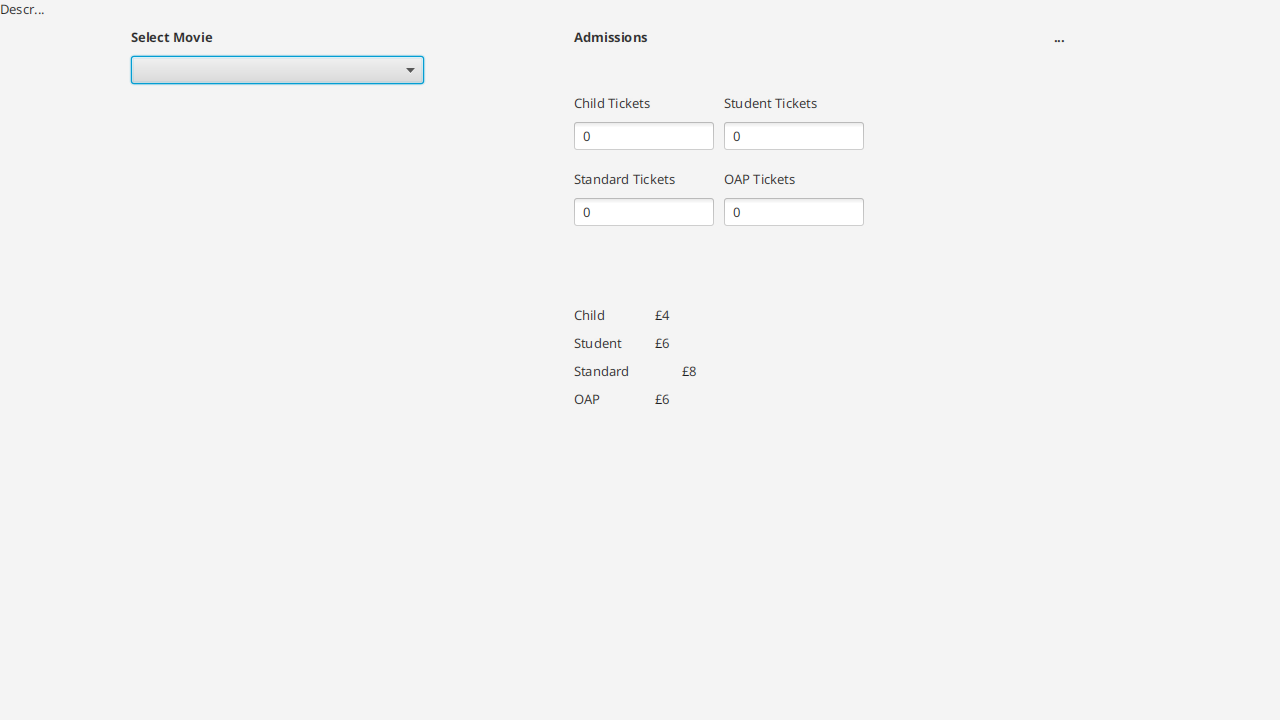
Repository: Singh94/QA-Assessment
Program's window: java QA Cinema/src/qa_cinema/Main.java
An editor plug-in stored every save of this project. The program's window is shown before and after the next save, followed by the edit.
It runs on Java 21 on a 1366 x 768 screen with JavaFX 11; the title bar is not drawn.

Above is the program's window before, as saved 2017-10-25 17:29:48.

### QA Cinema/src/qa_cinema/Main.java
package qa_cinema;

import javafx.application.Application;
import javafx.fxml.FXMLLoader;
import javafx.stage.Stage;
import qa_cinema.Tickets.AdultTicket;
import qa_cinema.Tickets.ChildTicket;
import qa_cinema.Tickets.OAPTicket;
import qa_cinema.Tickets.StudentTicket;
import qa_cinema.Tickets.Tickets;
import qa_cinema.movies.movies.Movies;
import javafx.scene.Parent;
import javafx.scene.Scene;
import javafx.scene.control.Alert;
import javafx.scene.control.Alert.AlertType;
import javafx.scene.control.Button;
import javafx.scene.control.ComboBox;
import javafx.scene.control.Label;
import javafx.scene.control.TextField;
import javafx.scene.layout.BorderPane;
import javafx.scene.layout.GridPane;
import javafx.scene.layout.HBox;
import javafx.scene.layout.StackPane;
import javafx.scene.layout.VBox;

import java.text.DateFormatSymbols;
import java.util.Calendar;


public class Main extends Application {

	protected int totalTickets;
	private static int total;
	private int totalPrice;
	private String isWed;
	private int discountFactor = 2;


	public static void main(String[] args) {
		launch(args);
	}

	@Override
	public void start(Stage primaryStage) throws Exception {
		Label lbl_selectMovie = new Label("Select Movie");
			ComboBox<Movies> cbxMovies = new ComboBox<Movies>();
			Label lbl_description = new Label("Description");
		Label lbl_tickets = new Label("Admissions");
			Label lbl_child = new Label("Child Tickets");
			Label lbl_student = new Label("Student Tickets");
			Label lbl_adult = new Label("Standard Tickets");
			Label lbl_oap = new Label("OAP Tickets");
			Label lbl_childprice = new Label("Child\t\t£4");
			Label lbl_studentprice = new Label("Student\t\t£6");
			Label lbl_adultprice = new Label("Standard\t\t£8");
			Label lbl_oapprice = new Label("OAP\t\t\t£6");
		Label lbl_extras = new Label("Extras");
		Button btn_reset = new Button("Reset");
		Button btn_purchase = new Button("Purchase");
		Label lbl_txttotal = new Label("Total Tickets");

		ChildTicket cxT = new ChildTicket(total);
		StudentTicket sxT = new StudentTicket(total);
		AdultTicket axT = new AdultTicket(total);
		OAPTicket snxT = new OAPTicket(total);

		String dayNames[] = new DateFormatSymbols().getWeekdays();
	      Calendar date2 = Calendar.getInstance();
	      isWed = (dayNames[date2.get(Calendar.DAY_OF_WEEK)]);




		lbl_selectMovie.getStyleClass().add("lbl_movies");
		GridPane.setConstraints(lbl_selectMovie, 5,  1);
			cbxMovies.getItems().setAll(Movies.values());
			cbxMovies.getSelectionModel().select(0);
			GridPane.setConstraints(cbxMovies,  5,  2);

		lbl_tickets.getStyleClass().add("lbl_tickets");
		GridPane.setConstraints(lbl_tickets, 20,  1);

		lbl_child.getStyleClass().add("lbl_child");
		GridPane.setConstraints(lbl_child, 20, 3);
			TextField txt_child = new TextField("0");
			GridPane.setConstraints(txt_child, 20, 4);

		lbl_student.getStyleClass().add("lbl_student");
		GridPane.setConstraints(lbl_student,21, 3);
			TextField txt_student = new TextField("0");
			GridPane.setConstraints(txt_student, 21, 4);

		lbl_adult.getStyleClass().add("lbl_adult");
		GridPane.setConstraints(lbl_adult, 20, 6);
			TextField txt_adult = new TextField("0");
			GridPane.setConstraints(txt_adult, 20, 7);

		lbl_oap.getStyleClass().add("lbl_oap");
		GridPane.setConstraints(lbl_oap, 21, 6);
			TextField txt_oap = new TextField("0");
			GridPane.setConstraints(txt_oap, 21, 7);

		lbl_extras.getStyleClass().add("lbl_extras");
		GridPane.setConstraints(lbl_extras, 40,  1);

		lbl_childprice.getStyleClass().add("");
		GridPane.setConstraints(lbl_childprice, 20, 15);
		lbl_studentprice.getStyleClass().add("");
		GridPane.setConstraints(lbl_studentprice, 20, 16);
		lbl_adultprice.getStyleClass().add("");
		GridPane.setConstraints(lbl_adultprice, 20, 17);
		lbl_oapprice.getStyleClass().add("");
		GridPane.setConstraints(lbl_oapprice, 20, 18);


		btn_reset.setOnAction(e -> {
			cbxMovies.getSelectionModel().select(0);
			txt_child.setText("0");
			txt_student.setText("0");
			txt_adult.setText("0");
			txt_oap.setText("0");
		});

		btn_purchase.setOnAction(e -> {
			int childTicketTotal = Integer.valueOf(txt_child.getText()); //Amount of child tickets
			int studentTicketTotal = Integer.valueOf(txt_student.getText()); //Amount of student tickets
			int adultTicketTotal = Integer.valueOf(txt_adult.getText()); //Amount of standard tickets
			int oapTicketTotal = Integer.valueOf(txt_oap.getText()); //Amount of oap tickets

			totalTickets = (Integer.valueOf(txt_child.getText()) +
					 			Integer.valueOf(txt_student.getText()) +
					 			Integer.valueOf(txt_adult.getText()) +
					 			Integer.valueOf(txt_oap.getText()));

			childTicketTotal = cxT.getCTTotal(childTicketTotal);
			studentTicketTotal = sxT.getSTTotal(studentTicketTotal);
			adultTicketTotal = axT.getATTotal(adultTicketTotal);
			oapTicketTotal = snxT.getSNTTotal(oapTicketTotal);



			if(isWed == "Wednesday") {
				totalPrice = ((childTicketTotal + studentTicketTotal + adultTicketTotal + oapTicketTotal) - (discountFactor * totalTickets));
			}
			else {
				totalPrice = (childTicketTotal + studentTicketTotal + adultTicketTotal + oapTicketTotal);
			}

			Alert alert = new Alert(AlertType.INFORMATION);
			String a = "£ " + Integer.toString(totalPrice);




			alert.setContentText(a);
			alert.setTitle("Confirmation");
			alert.setHeaderText("Total for the tickets purchased");
			alert.showAndWait();
		});



		btn_reset.getStyleClass().add("btn_reset");
		GridPane.setConstraints(btn_reset, 1, 50);

		btn_purchase.getStyleClass().add("btn_purchase");
		GridPane.setConstraints(btn_purchase, 55, 50);



		GridPane grid = new GridPane();
		grid.setHgap(10);
		grid.setVgap(10);

		grid.getStylesheets().add(getClass().getResource("application.css").toExternalForm());
		grid.getChildren().addAll(lbl_selectMovie, cbxMovies,
										lbl_description,
									lbl_tickets, lbl_child, lbl_student, lbl_adult, lbl_oap,
										txt_child, txt_student, txt_adult, txt_oap,
										lbl_childprice, lbl_studentprice, lbl_adultprice, lbl_oapprice,
									btn_reset, btn_purchase,
									lbl_extras);


		primaryStage.setTitle("QA Cinemas");
		primaryStage.setResizable(false);
		primaryStage.setScene(new Scene(grid, 1280, 720));
		primaryStage.show();
	}
}

### QA Cinema/src/qa_cinema/Tickets/Tickets.java
package qa_cinema.Tickets;

public class Tickets {

	protected int numberOfTickets;

	public Tickets(int numberOfTickets) {
		this.numberOfTickets = numberOfTickets;
	}

}

### QA Cinema/src/qa_cinema/Tickets/ChildTicket.java
package qa_cinema.Tickets;

public class ChildTicket extends Tickets {

	private int price = 4;
	int total;

	public ChildTicket(int numberOfTickets) {
		super(numberOfTickets);
		this.numberOfTickets = numberOfTickets;
	}

	public int getCTPrice() {
		return price;
	}

	public int getCTTotal(int numberOfTickets) {
		total = (price * numberOfTickets);
		return total;
	}
}

### QA Cinema/src/qa_cinema/Tickets/StudentTicket.java
package qa_cinema.Tickets;

public class StudentTicket extends Tickets {

	private int price = 6;
	int total;

	public StudentTicket(int numberOfTickets) {
		super(numberOfTickets);
		this.numberOfTickets = numberOfTickets;
	}

	public int getCTPrice() {
		return price;
	}

	public int getSTTotal(int numberOfTickets) {
		total = (price * numberOfTickets);
		return total;
	}
}

### QA Cinema/src/qa_cinema/Tickets/AdultTicket.java
package qa_cinema.Tickets;

public class AdultTicket extends Tickets {

	private int price = 4;
	int total;

	public AdultTicket(int numberOfTickets) {
		super(numberOfTickets);
		this.numberOfTickets = numberOfTickets;
	}

	public int getCTPrice() {
		return price;
	}

	public int getATTotal(int numberOfTickets) {
		total = (price * numberOfTickets);
		return total;
	}
}

### QA Cinema/src/qa_cinema/Tickets/OAPTicket.java
package qa_cinema.Tickets;

public class OAPTicket extends Tickets {

	private int price = 4;
	int total;

	public OAPTicket(int numberOfTickets) {
		super(numberOfTickets);
		this.numberOfTickets = numberOfTickets;
	}

	public int getCTPrice() {
		return price;
	}

	public int getSNTTotal(int numberOfTickets) {
		total = (price * numberOfTickets);
		return total;
	}
}

### QA Cinema/src/qa_cinema/movies/movies.java
package qa_cinema.movies;

public class movies {
	public enum Movies {
		M0(""),
		M1("Blade Runner 2049"),
		M2("Star Wars: The Last Jedi"),
		M3("IT"),
		M4("Justice League"),
		M5("Kingsman: The Golden Circle"),
		M6("Professor Marston and the Wonder Woman"),
		M7("The Dark Tower"),
		M8("Thor: Ragnarok"),
		M9("The Snowman"),
		M10("War for the Planet of the Apes");

		private String label;

		private Movies(String movie) {
			this.label = movie;
		}

		public String toString() {
			return label;
		}
	}
}

### QA Cinema/src/qa_cinema/application.css

.root {
	-fx-text-fill: black;
}

.lbl_movies {
	-fx-font-weight: bold;
}

.lbl_tickets {
	-fx-font-weight: bold;
}

.lbl_child {
}

.lbl_student {
}

.lbl_adult {
}

.lbl_oap {
}

.lbl_extras {
	-fx-font-weight: bold;
}

.lbl_total {
	-fx-font-weight: bold;
	-fx-font-size: 15;
}


.btn_reset {
	-fx-border-radius: 30;
	-fx-font-weight: bold;
	-fx-background-radius: 75;
}

.btn_reset:hover {
	-fx-text-fill: red;
}

.btn_purchase {
	-fx-border-radius: 30;
	-fx-font-weight: bold;
	-fx-background-radius: 75;
}

.btn_purchase:hover {
	-fx-text-fill: green;
}

After the next save:
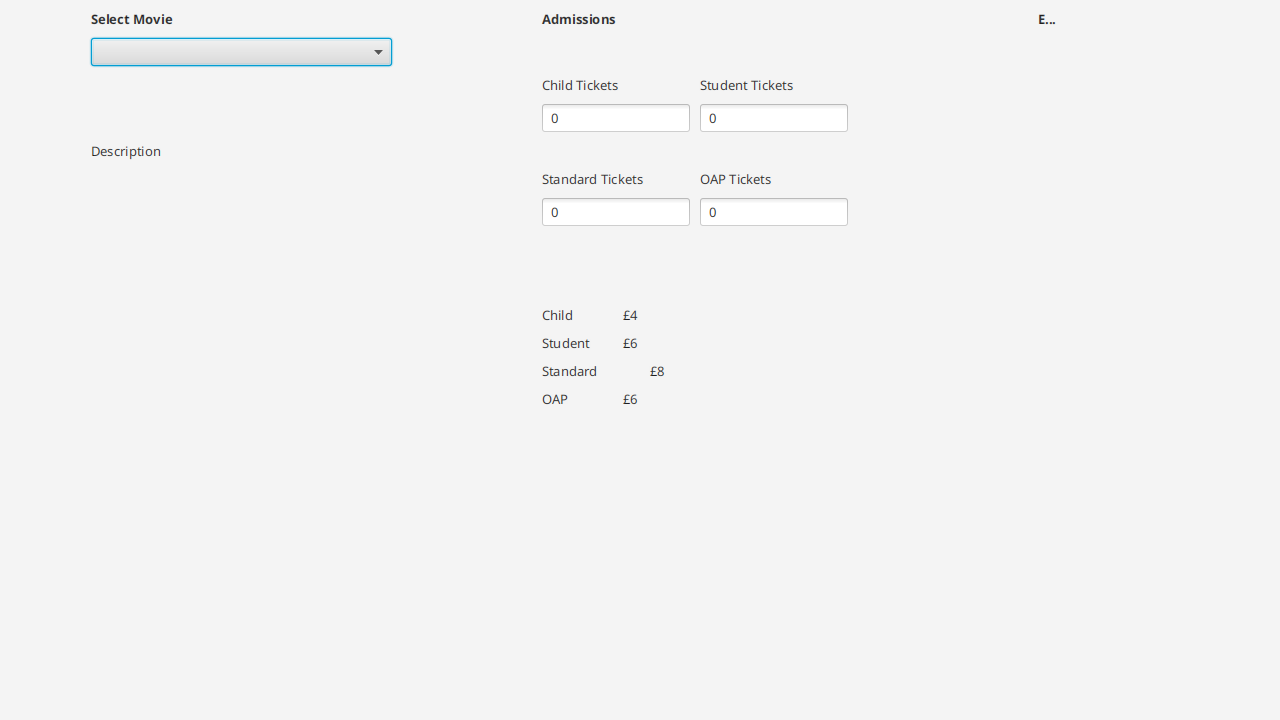
Saved 94 s later.
--- a/QA Cinema/src/qa_cinema/Main.java
+++ b/QA Cinema/src/qa_cinema/Main.java
@@ -76,6 +76,8 @@
 			cbxMovies.getItems().setAll(Movies.values());
 			cbxMovies.getSelectionModel().select(0);
 			GridPane.setConstraints(cbxMovies,  5,  2);
+			lbl_description.getStyleClass().add("");
+			GridPane.setConstraints(lbl_description, 5, 5);
 
 		lbl_tickets.getStyleClass().add("lbl_tickets");
 		GridPane.setConstraints(lbl_tickets, 20,  1);
@@ -84,6 +86,7 @@
 		GridPane.setConstraints(lbl_child, 20, 3);
 			TextField txt_child = new TextField("0");
 			GridPane.setConstraints(txt_child, 20, 4);
+
 
 		lbl_student.getStyleClass().add("lbl_student");
 		GridPane.setConstraints(lbl_student,21, 3);
